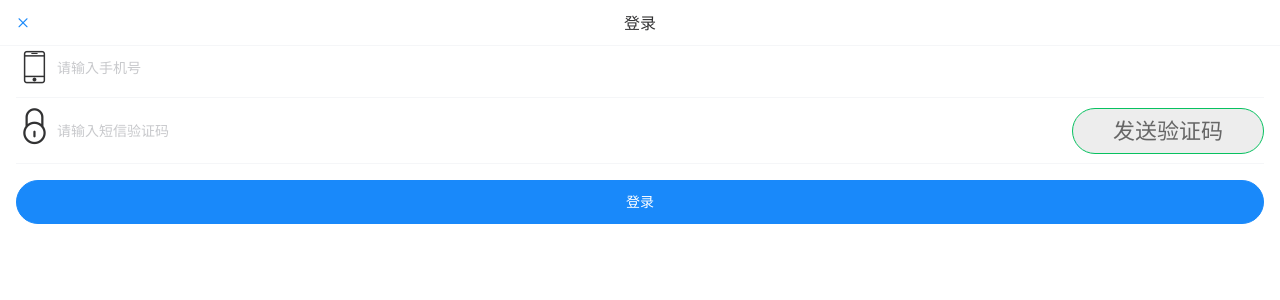
Repository: liuliumm/hmtt60
Page: /#/login
The author's editor kept a copy of each file at every save. The page is drawn from the files as they stood at one save, then again after the next save.
The browser window is 1280 px wide. The pictures show the whole page.
The project was rebuilt for these pictures with package versions that can differ from the ones it lists, and the page was loaded fresh each time. Also part of the build but not shown: vue.config.js.

Above is the page before, as saved 2023-02-11 18:54:26.

After the next save:
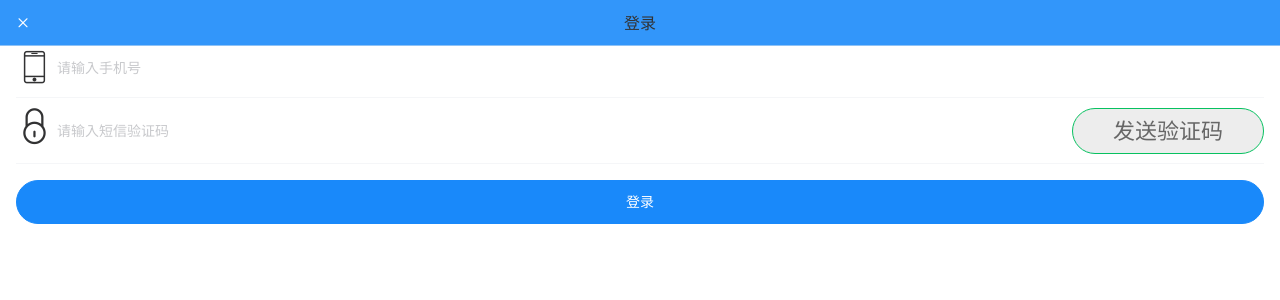
Saved 49 s later.
--- a/src/views/login/index.vue
+++ b/src/views/login/index.vue
@@ -222,4 +222,11 @@ export default {
     }
   }
 }
+.page-nav-bar {
+  background-color: #3296fa;
+  .van-nav-bar__title,
+  .van-icon {
+    color: #fff;
+  }
+}
 </style>
